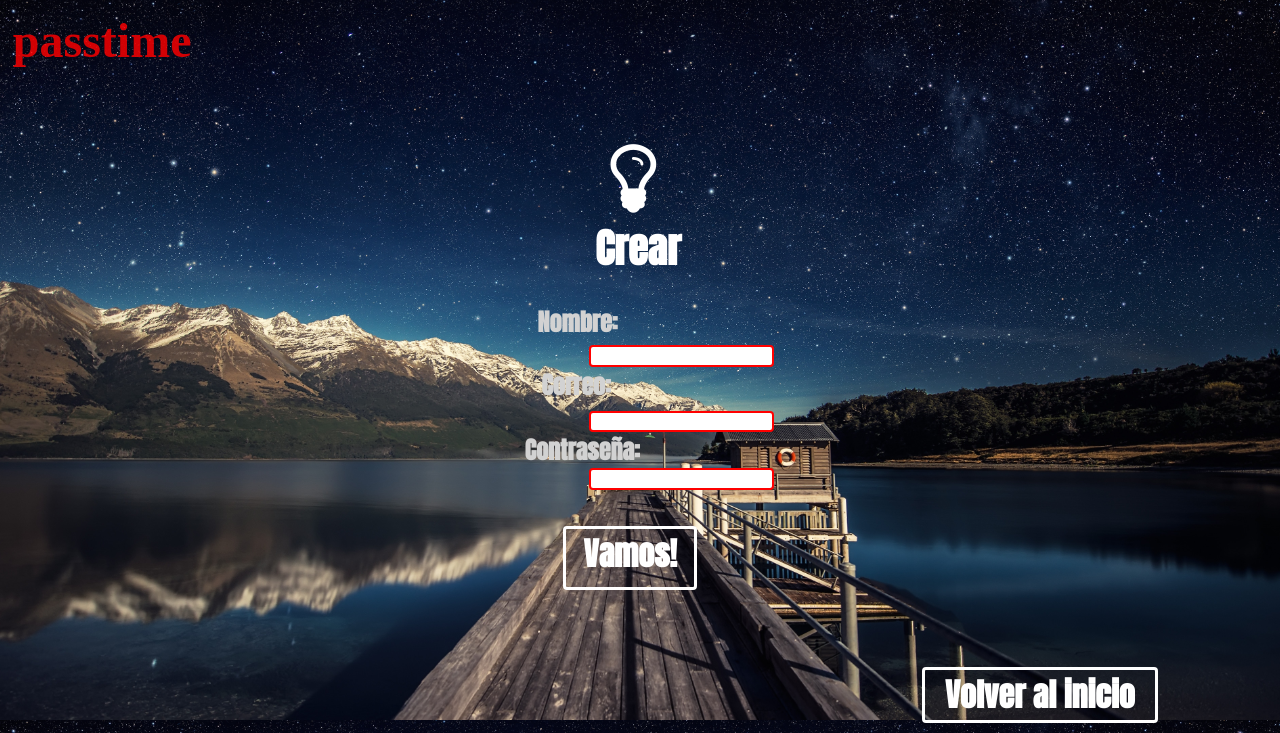
Repository: PassTimeOp/passtimeop.github.io
Page: signup.html
The author's editor kept a record of every edit. The page is drawn from the files as they stood at one moment, then again after the next edit.
The browser window is 1280 px wide. The pictures show the whole page.
Backgrounds fixed to the window are drawn as part of the page. Some web fonts or font styles are not loaded; a fallback is used.

Above is the page before.

After the next edit:
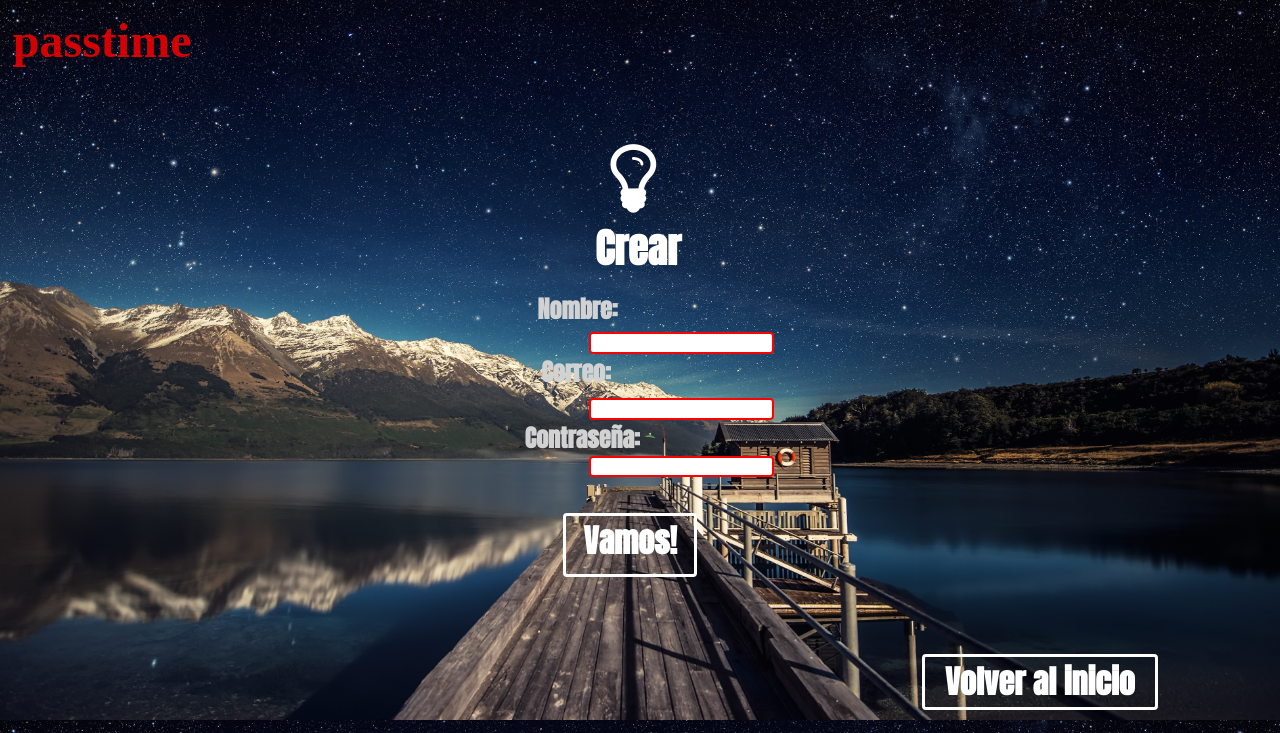
The edit:
--- a/signupStyle.css
+++ b/signupStyle.css
@@ -47,7 +47,7 @@
 }
 
 #data {
-  margin: 2% 0% 0% 40%;
+  margin: 1% 0% 0% 40%;
   height: 11%;
   width: 20%;
   display: inline-block;
